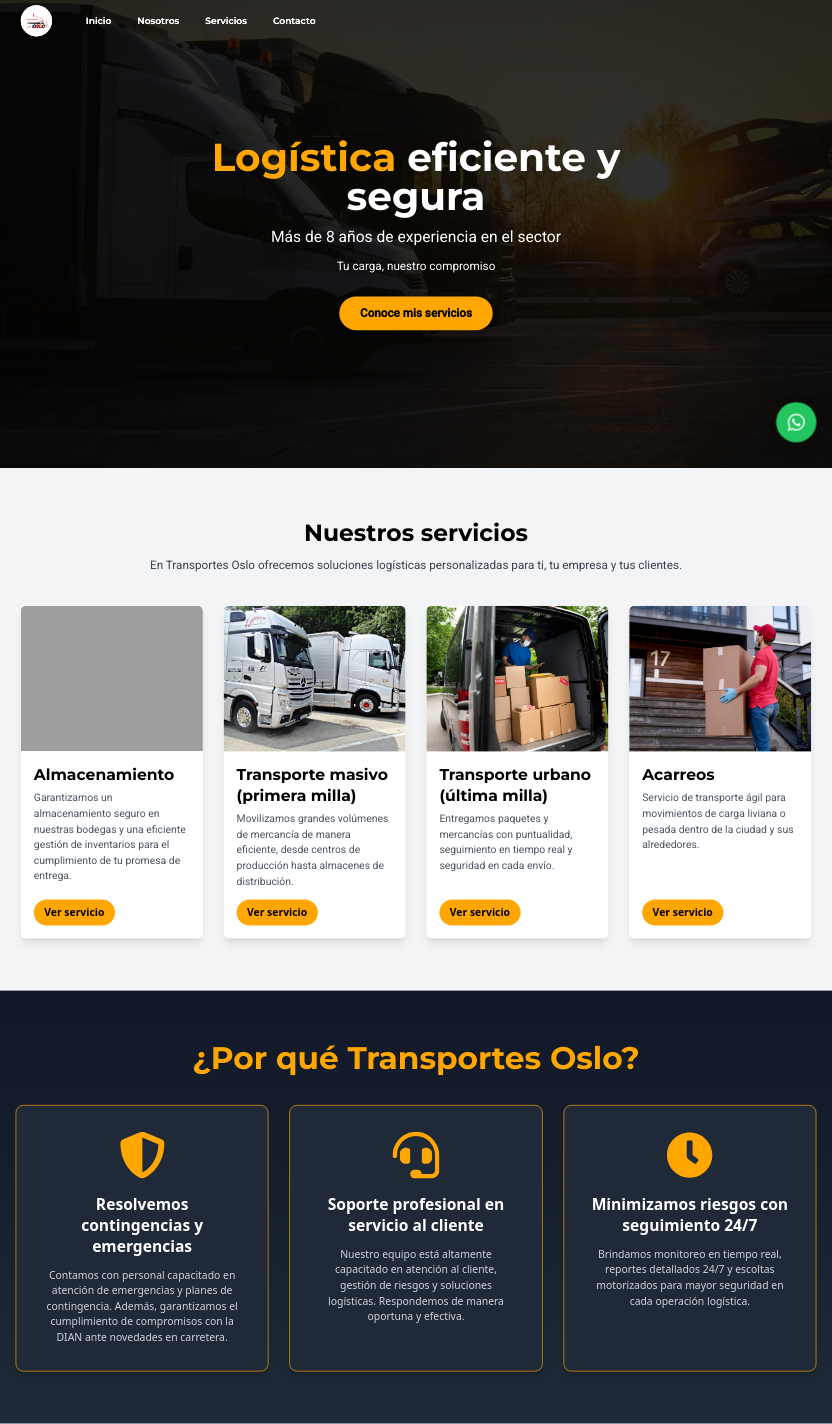
Repository: sazaba/OSLO
Page: /
These files come from the project's save history. The page is drawn as it stood at one moment and after the next save; the edit follows.
The browser window is 1280 px wide. The pictures show the whole page, at 65% of full size.
Pictures or frames that could not be fetched are drawn as grey boxes. The project was rebuilt for these pictures with package versions that can differ from the ones it lists, and the page was loaded fresh each time. The framework's server and built-in components were replaced by stand-ins that run in the browser. Also part of the build but not shown: next.config.ts.

Above is the page before, as saved 2025-05-19 16:33:17.

### src/app/layout.tsx
import type { Metadata } from "next";
import { Montserrat, Roboto } from "next/font/google";
import "./globals.css";

const montserrat = Montserrat({
  subsets: ["latin"],
  weight: ["600", "700"],
  variable: "--font-montserrat",
});

const roboto = Roboto({
  subsets: ["latin"],
  weight: ["400", "500"],
  variable: "--font-roboto",
});

export const metadata: Metadata = {
  title: "Oslo Transport",
  description: "Logística eficiente y segura",
};

export default function RootLayout({
  children,
}: Readonly<{
  children: React.ReactNode;
}>) {
  return (
    <html lang="es">
      <body className={`${montserrat.variable} ${roboto.variable} antialiased`}>
        {children}
      </body>
    </html>
  );
}

### src/app/page.tsx
import Hero from "./Hero";
import Nav from "./Nav";
import PorQueNosotros from "./PorQueNosotros";
import Servicios from "./Servicios";
import "@/app/globals.css"; // o "@/styles/globals.css"


export default function Home() {
  return (
    <div>
      <Nav />
      <main>
        <section id="top">
          <Hero />
        </section>
        <section id="servicios">
          <Servicios />
        </section>
        <section id="por-que-nosotros">
          <PorQueNosotros />
        </section>
      </main>
    </div>
  );
}

### src/app/globals.css
@tailwind base;
@tailwind components;
@tailwind utilities;

html {
    scroll-behavior: smooth;
}

.font-montserrat {
    font-family: var(--font-montserrat), sans-serif;
}

.font-roboto {
    font-family: var(--font-roboto), sans-serif;
}

### src/app/Hero.tsx
"use client";

import hero from "@/app/images/Hero.webp";
import { FaWhatsapp } from "react-icons/fa";
import Nav from "./Nav";

const Hero = () => {
  return (
    <section
      className="relative bg-cover bg-center min-h-screen flex flex-col items-center justify-center"
      style={{ backgroundImage: `url(${hero.src})` }}
    >
      {/* Navbar Transparente */}
      <div className="absolute top-0 left-0 w-full z-20">
        <Nav />
      </div>

      {/* Capa oscura */}
      <div className="absolute inset-0 bg-black/80"></div>

      {/* Contenido central */}
      <div className="relative z-10 text-center px-6 sm:px-8 md:px-12 max-w-screen-md w-full">
        <h1 className="text-white text-3xl sm:text-4xl md:text-5xl lg:text-6xl font-bold mb-4 font-montserrat leading-tight">
          <span className="text-[#FFA700]">Logística</span> eficiente y segura
        </h1>

        <p className="text-white text-lg sm:text-xl md:text-2xl mb-4 font-roboto">
          Más de 8 años de experiencia en el sector
        </p>
        <p className="text-white text-base sm:text-lg mb-8 font-roboto">
          Tu carga, nuestro compromiso
        </p>

        {/* Botón de servicios */}
        <a
          href="#servicios"
          className="inline-block bg-[#FFA700] text-black font-bold py-3 px-8 rounded-full text-base sm:text-lg font-roboto shadow-lg transition-all duration-300 transform hover:bg-[#CC0000] hover:text-white hover:shadow-xl hover:scale-105"
        >
          Conoce mis servicios
        </a>
      </div>

      {/* Botón flotante de WhatsApp */}
      <a
        href="https://wa.link/biqv3m"
        target="_blank"
        rel="noopener noreferrer"
        className="fixed bottom-6 right-6 bg-green-500 text-white p-4 rounded-full shadow-xl transition-all duration-300 transform hover:scale-110 hover:shadow-2xl animate-bounce z-50"
      >
        <FaWhatsapp className="text-2xl sm:text-3xl" />
      </a>
    </section>
  );
};

export default Hero;

### src/app/Nav.tsx
"use client";

import { useEffect, useState } from "react";
import logo from "@/app/images/logooslo.webp";
import Image from "next/image";

const Nav = () => {
  const [menuAbierto, setMenuAbierto] = useState(false);
  const [scrollNav, setScrollNav] = useState(false);

  const changeNav = () => {
    setScrollNav(window.scrollY > 0);
  };

  useEffect(() => {
    window.addEventListener("scroll", changeNav);
    return () => window.removeEventListener("scroll", changeNav);
  }, []);

  const scrollTo = (id: string) => {
    const element = document.getElementById(id);
    if (element) {
      element.scrollIntoView({ behavior: "smooth" });
      setMenuAbierto(false);
    }
  };

  return (
    <nav
      className={`${
        scrollNav ? "bg-gray-900 shadow-md" : "bg-transparent"
      } font-roboto fixed w-full top-0 z-50 transition duration-300`}
    >
      <div className="max-w-full mx-auto px-4 sm:px-6 lg:px-8">
        <div className="flex items-center justify-between h-16">
          {/* Logo con círculo blanco */}
          <div className="flex items-center">
            <div className="bg-white rounded-full p-1 shadow-md">
              <Image
                src={logo}
                alt="Logo"
                width={40}
                height={40}
                className="rounded-full object-contain"
              />
            </div>
            <div className="hidden md:block">
              <div className="ml-10 flex items-baseline space-x-4">
                <button
                  onClick={() => scrollTo("top")}
                  className="px-3 py-2 rounded-md text-sm font-medium text-white hover:text-gray-300 font-montserrat"
                >
                  Inicio
                </button>
                <button
                  onClick={() => scrollTo("por-que-nosotros")}
                  className="px-3 py-2 rounded-md text-sm font-medium text-white hover:text-gray-300 font-montserrat"
                >
                  Nosotros
                </button>
                <button
                  onClick={() => scrollTo("servicios")}
                  className="px-3 py-2 rounded-md text-sm font-medium text-white hover:text-gray-300 font-montserrat"
                >
                  Servicios
                </button>
                <a
                  href="https://api.whatsapp.com/send?phone=573015207556&text=Hola%2C%20estoy%20interesado%20en%20sus%20servicios!"
                  target="_blank"
                  rel="noopener noreferrer"
                  className="px-3 py-2 rounded-md text-sm font-medium text-white hover:text-gray-300 font-montserrat"
                >
                  Contacto
                </a>
              </div>
            </div>
          </div>

          {/* Botón para menú móvil */}
          <div className="flex md:hidden">
            <button
              onClick={() => setMenuAbierto(!menuAbierto)}
              className="inline-flex items-center justify-center p-2 rounded-md text-white hover:text-gray-300 focus:outline-none focus:ring-2 focus:ring-offset-2 focus:ring-gray-500"
            >
              <svg
                className="h-6 w-6"
                xmlns="http://www.w3.org/2000/svg"
                fill="none"
                viewBox="0 0 24 24"
                stroke="currentColor"
              >
                {menuAbierto ? (
                  <path
                    strokeLinecap="round"
                    strokeLinejoin="round"
                    strokeWidth="2"
                    d="M6 18L18 6M6 6l12 12"
                  />
                ) : (
                  <path
                    strokeLinecap="round"
                    strokeLinejoin="round"
                    strokeWidth="2"
                    d="M4 6h16M4 12h16M4 18h16"
                  />
                )}
              </svg>
            </button>
          </div>
        </div>
      </div>

      {/* Menú móvil */}
      {menuAbierto && (
        <div className="md:hidden bg-gray-900 bg-opacity-90 p-4 absolute w-full top-16 left-0">
          <div className="px-2 pt-2 pb-3 space-y-1 sm:px-3">
            <button
              onClick={() => scrollTo("top")}
              className="block w-full text-left px-3 py-2 rounded-md text-base font-medium text-white hover:bg-gray-700 font-montserrat"
            >
              Inicio
            </button>
            <button
              onClick={() => scrollTo("por-que-nosotros")}
              className="block w-full text-left px-3 py-2 rounded-md text-base font-medium text-white hover:bg-gray-700 font-montserrat"
            >
              Nosotros
            </button>
            <button
              onClick={() => scrollTo("servicios")}
              className="block w-full text-left px-3 py-2 rounded-md text-base font-medium text-white hover:bg-gray-700 font-montserrat"
            >
              Servicios
            </button>
            <a
              href="https://api.whatsapp.com/send?phone=573015207556&text=Hola%2C%20estoy%20interesado%20en%20sus%20servicios!"
              target="_blank"
              rel="noopener noreferrer"
              className="block px-3 py-2 rounded-md text-base font-medium text-white hover:bg-gray-700 font-montserrat"
            >
              Contacto
            </a>
          </div>
        </div>
      )}
    </nav>
  );
};

export default Nav;

### src/app/PorQueNosotros.tsx
import { FaShieldAlt, FaClock, FaHeadset } from "react-icons/fa";

const PorQueNosotros = () => {
  return (
    <section className="py-20 bg-gradient-to-b from-gray-900 to-gray-800 text-white">
      <div className="container mx-auto px-6 text-center">
        <h2 className="text-4xl md:text-5xl font-bold mb-12 font-montserrat text-[#FFA700]">
          ¿Por qué Transportes Oslo?
        </h2>

        <div className="grid grid-cols-1 md:grid-cols-3 gap-8">
          {/* Card 1 */}
          <div className="bg-gray-800 p-10 rounded-xl shadow-lg hover:shadow-2xl transition-transform transform hover:-translate-y-2 duration-300 flex flex-col items-center text-center md:order-1 border border-[#FFA700]">
            <FaShieldAlt className="text-[#FFA700] text-7xl mb-6" />
            <h3 className="text-2xl font-bold mb-4">Resolvemos contingencias y emergencias</h3>
            <p className="text-gray-300">
              Contamos con personal capacitado en atención de emergencias y planes de contingencia.
              Además, garantizamos el cumplimiento de compromisos con la DIAN ante novedades en carretera.
            </p>
          </div>

          {/* Card 2 */}
          <div className="bg-gray-800 p-10 rounded-xl shadow-lg hover:shadow-2xl transition-transform transform hover:-translate-y-2 duration-300 flex flex-col items-center text-center md:order-3 border border-[#FFA700]">
            <FaClock className="text-[#FFA700] text-7xl mb-6" />
            <h3 className="text-2xl font-bold mb-4">Minimizamos riesgos con seguimiento 24/7</h3>
            <p className="text-gray-300">
              Brindamos monitoreo en tiempo real, reportes detallados 24/7 y escoltas motorizados para
              mayor seguridad en cada operación logística.
            </p>
          </div>

          {/* Card 3 */}
          <div className="bg-gray-800 p-10 rounded-xl shadow-lg hover:shadow-2xl transition-transform transform hover:-translate-y-2 duration-300 flex flex-col items-center text-center md:order-2 border border-[#FFA700]">
            <FaHeadset className="text-[#FFA700] text-7xl mb-6" />
            <h3 className="text-2xl font-bold mb-4">Soporte profesional en servicio al cliente</h3>
            <p className="text-gray-300">
              Nuestro equipo está altamente capacitado en atención al cliente, gestión de riesgos y
              soluciones logísticas. Respondemos de manera oportuna y efectiva.
            </p>
          </div>
        </div>
      </div>
    </section>
  );
};

export default PorQueNosotros;

### src/app/Servicios.tsx
import Image from "next/image";
import Link from "next/link";
import bodega from "@/app/images/bodega.webp";
import primeramilla from "@/app/images/primeramilla.webp";
import ultimamilla from "@/app/images/ultimamilla.webp";
import acarreo from "@/app/images/acarreo.webp";

const Servicios = () => {
  return (
    <section id="servicios" className="py-16 sm:py-20 bg-gray-100">
      <div className="max-w-screen-xl mx-auto px-4 sm:px-6 lg:px-8">
        <h2 className="text-3xl sm:text-4xl font-bold text-center mb-4 font-montserrat">
          Nuestros servicios
        </h2>
        <p className="text-center text-base sm:text-lg text-gray-700 mb-10 sm:mb-12 font-roboto">
          En Transportes Oslo ofrecemos soluciones logísticas personalizadas para ti, tu empresa y tus clientes.
        </p>

        <div className="grid grid-cols-1 sm:grid-cols-2 lg:grid-cols-4 gap-6 sm:gap-8">
          {/* Card 1: Almacenamiento */}
          <div className="bg-white rounded-lg shadow-lg overflow-hidden flex flex-col">
            <div className="relative h-48 sm:h-56">
              <Image
                src={bodega}
                alt="Almacenamiento"
                fill
                className="object-cover"
              />
            </div>
            <div className="p-5 flex flex-col flex-grow">
              <h3 className="text-xl sm:text-2xl font-bold mb-2 font-montserrat">
                Almacenamiento
              </h3>
              <p className="text-gray-600 mb-4 font-roboto text-sm sm:text-base">
                Garantizamos un almacenamiento seguro en nuestras bodegas y una eficiente gestión de inventarios para el cumplimiento de tu promesa de entrega.
              </p>
              <div className="mt-auto">
                <Link
                  href="/servicios/almacenamiento"
                  className="inline-block bg-[#FFA700] text-black font-bold py-2 px-4 rounded-full transition duration-300 hover:bg-[#CC0000] hover:text-white text-sm sm:text-base"
                >
                  Ver servicio
                </Link>
              </div>
            </div>
          </div>

          {/* Card 2: Primera milla */}
          <div className="bg-white rounded-lg shadow-lg overflow-hidden flex flex-col">
            <div className="relative h-48 sm:h-56">
              <Image
                src={primeramilla}
                alt="Transporte masivo (primera milla)"
                fill
                className="object-cover"
              />
            </div>
            <div className="p-5 flex flex-col flex-grow">
              <h3 className="text-xl sm:text-2xl font-bold mb-2 font-montserrat">
                Transporte masivo (primera milla)
              </h3>
              <p className="text-gray-600 mb-4 font-roboto text-sm sm:text-base">
                Movilizamos grandes volúmenes de mercancía de manera eficiente, desde centros de producción hasta almacenes de distribución.
              </p>
              <div className="mt-auto">
                <Link
                  href="/servicios/transporte-masivo"
                  className="inline-block bg-[#FFA700] text-black font-bold py-2 px-4 rounded-full transition duration-300 hover:bg-[#CC0000] hover:text-white text-sm sm:text-base"
                >
                  Ver servicio
                </Link>
              </div>
            </div>
          </div>

          {/* Card 3: Última milla */}
          <div className="bg-white rounded-lg shadow-lg overflow-hidden flex flex-col">
            <div className="relative h-48 sm:h-56">
              <Image
                src={ultimamilla}
                alt="Transporte urbano (última milla)"
                fill
                className="object-cover"
              />
            </div>
            <div className="p-5 flex flex-col flex-grow">
              <h3 className="text-xl sm:text-2xl font-bold mb-2 font-montserrat">
                Transporte urbano (última milla)
              </h3>
              <p className="text-gray-600 mb-4 font-roboto text-sm sm:text-base">
                Entregamos paquetes y mercancías con puntualidad, seguimiento en tiempo real y seguridad en cada envío.
              </p>
              <div className="mt-auto">
                <Link
                  href="/servicios/transporte-urbano"
                  className="inline-block bg-[#FFA700] text-black font-bold py-2 px-4 rounded-full transition duration-300 hover:bg-[#CC0000] hover:text-white text-sm sm:text-base"
                >
                  Ver servicio
                </Link>
              </div>
            </div>
          </div>

          {/* Card 4: Acarreos */}
          <div className="bg-white rounded-lg shadow-lg overflow-hidden flex flex-col">
            <div className="relative h-48 sm:h-56">
              <Image
                src={acarreo}
                alt="Acarreos"
                fill
                className="object-cover"
              />
            </div>
            <div className="p-5 flex flex-col flex-grow">
              <h3 className="text-xl sm:text-2xl font-bold mb-2 font-montserrat">
                Acarreos
              </h3>
              <p className="text-gray-600 mb-4 font-roboto text-sm sm:text-base">
                Servicio de transporte ágil para movimientos de carga liviana o pesada dentro de la ciudad y sus alrededores.
              </p>
              <div className="mt-auto">
                <Link
                  href="/servicios/acarreos"
                  className="inline-block bg-[#FFA700] text-black font-bold py-2 px-4 rounded-full transition duration-300 hover:bg-[#CC0000] hover:text-white text-sm sm:text-base"
                >
                  Ver servicio
                </Link>
              </div>
            </div>
          </div>
        </div>
      </div>
    </section>
  );
};

export default Servicios;

### tailwind.config.js
/** @type {import('tailwindcss').Config} */
module.exports = {
  content: [
    "./pages/**/*.{js,ts,jsx,tsx}",
    "./components/**/*.{js,ts,jsx,tsx}",
    "./app/**/*.{js,ts,jsx,tsx}",
    "./src/**/*.{js,ts,jsx,tsx}"

  ],
  theme: {
    extend: {},
  },
  plugins: [],
};

After the next save:
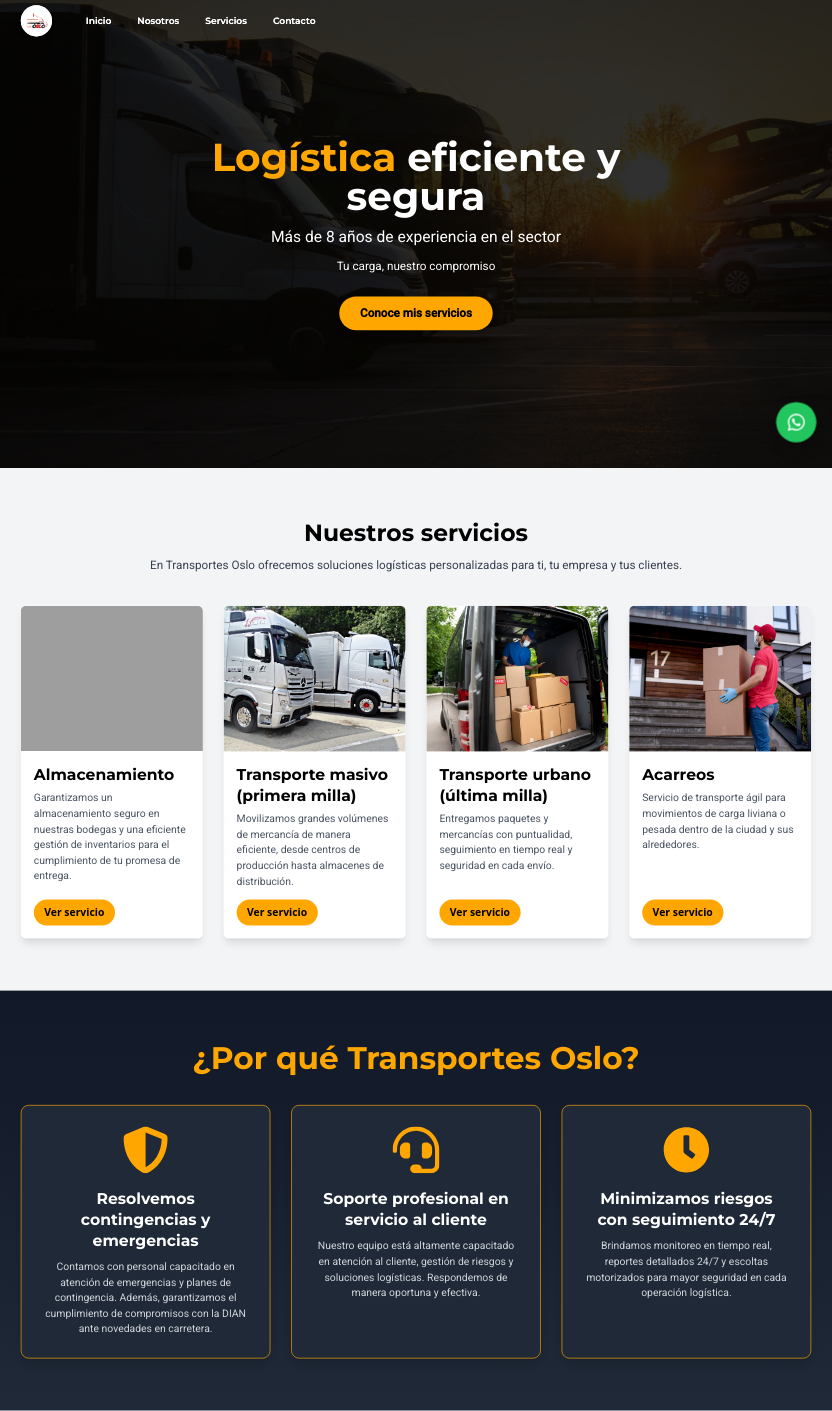
Saved 70 s later.
--- a/src/app/PorQueNosotros.tsx
+++ b/src/app/PorQueNosotros.tsx
@@ -2,38 +2,47 @@
 
 const PorQueNosotros = () => {
   return (
-    <section className="py-20 bg-gradient-to-b from-gray-900 to-gray-800 text-white">
-      <div className="container mx-auto px-6 text-center">
-        <h2 className="text-4xl md:text-5xl font-bold mb-12 font-montserrat text-[#FFA700]">
+    <section
+      id="por-que-nosotros"
+      className="py-16 sm:py-20 bg-gradient-to-b from-gray-900 to-gray-800 text-white"
+    >
+      <div className="max-w-screen-xl mx-auto px-4 sm:px-6 lg:px-8 text-center">
+        <h2 className="text-3xl sm:text-4xl md:text-5xl font-bold mb-10 sm:mb-12 font-montserrat text-[#FFA700]">
           ¿Por qué Transportes Oslo?
         </h2>
 
-        <div className="grid grid-cols-1 md:grid-cols-3 gap-8">
+        <div className="grid grid-cols-1 sm:grid-cols-2 md:grid-cols-3 gap-6 sm:gap-8">
           {/* Card 1 */}
-          <div className="bg-gray-800 p-10 rounded-xl shadow-lg hover:shadow-2xl transition-transform transform hover:-translate-y-2 duration-300 flex flex-col items-center text-center md:order-1 border border-[#FFA700]">
-            <FaShieldAlt className="text-[#FFA700] text-7xl mb-6" />
-            <h3 className="text-2xl font-bold mb-4">Resolvemos contingencias y emergencias</h3>
-            <p className="text-gray-300">
+          <div className="bg-gray-800 p-6 sm:p-8 rounded-xl shadow-lg hover:shadow-2xl transition-transform transform hover:-translate-y-2 duration-300 flex flex-col items-center text-center md:order-1 border border-[#FFA700]">
+            <FaShieldAlt className="text-[#FFA700] text-5xl sm:text-6xl md:text-7xl mb-4 sm:mb-6" />
+            <h3 className="text-xl sm:text-2xl font-bold mb-3 font-montserrat">
+              Resolvemos contingencias y emergencias
+            </h3>
+            <p className="text-gray-300 text-sm sm:text-base font-roboto">
               Contamos con personal capacitado en atención de emergencias y planes de contingencia.
               Además, garantizamos el cumplimiento de compromisos con la DIAN ante novedades en carretera.
             </p>
           </div>
 
           {/* Card 2 */}
-          <div className="bg-gray-800 p-10 rounded-xl shadow-lg hover:shadow-2xl transition-transform transform hover:-translate-y-2 duration-300 flex flex-col items-center text-center md:order-3 border border-[#FFA700]">
-            <FaClock className="text-[#FFA700] text-7xl mb-6" />
-            <h3 className="text-2xl font-bold mb-4">Minimizamos riesgos con seguimiento 24/7</h3>
-            <p className="text-gray-300">
+          <div className="bg-gray-800 p-6 sm:p-8 rounded-xl shadow-lg hover:shadow-2xl transition-transform transform hover:-translate-y-2 duration-300 flex flex-col items-center text-center md:order-3 border border-[#FFA700]">
+            <FaClock className="text-[#FFA700] text-5xl sm:text-6xl md:text-7xl mb-4 sm:mb-6" />
+            <h3 className="text-xl sm:text-2xl font-bold mb-3 font-montserrat">
+              Minimizamos riesgos con seguimiento 24/7
+            </h3>
+            <p className="text-gray-300 text-sm sm:text-base font-roboto">
               Brindamos monitoreo en tiempo real, reportes detallados 24/7 y escoltas motorizados para
               mayor seguridad en cada operación logística.
             </p>
           </div>
 
           {/* Card 3 */}
-          <div className="bg-gray-800 p-10 rounded-xl shadow-lg hover:shadow-2xl transition-transform transform hover:-translate-y-2 duration-300 flex flex-col items-center text-center md:order-2 border border-[#FFA700]">
-            <FaHeadset className="text-[#FFA700] text-7xl mb-6" />
-            <h3 className="text-2xl font-bold mb-4">Soporte profesional en servicio al cliente</h3>
-            <p className="text-gray-300">
+          <div className="bg-gray-800 p-6 sm:p-8 rounded-xl shadow-lg hover:shadow-2xl transition-transform transform hover:-translate-y-2 duration-300 flex flex-col items-center text-center md:order-2 border border-[#FFA700]">
+            <FaHeadset className="text-[#FFA700] text-5xl sm:text-6xl md:text-7xl mb-4 sm:mb-6" />
+            <h3 className="text-xl sm:text-2xl font-bold mb-3 font-montserrat">
+              Soporte profesional en servicio al cliente
+            </h3>
+            <p className="text-gray-300 text-sm sm:text-base font-roboto">
               Nuestro equipo está altamente capacitado en atención al cliente, gestión de riesgos y
               soluciones logísticas. Respondemos de manera oportuna y efectiva.
             </p>
